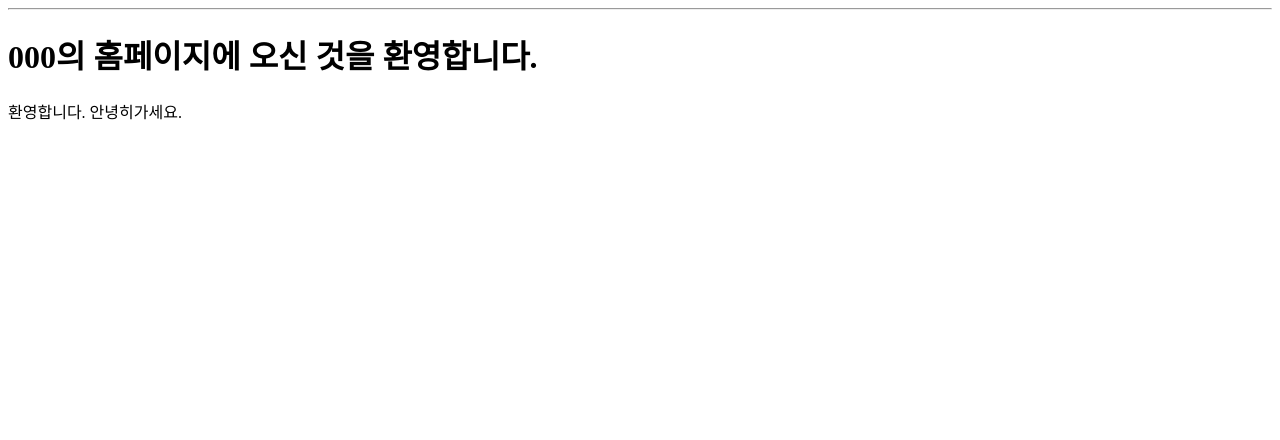
Repository: DuhanMo/servlet-jsp-practice
Page: http://localhost/jspProject/views/myHome.jsp
An editor plug-in stored every save of this project. The page is shown before and after the next save, followed by the edit.
The browser window is 1280 px wide. The pictures show the whole page.
The page is served by Tomcat 9. Other server files are loaded and not shown.

Above is the page before, as saved 2020-08-14 09:09:03.

### jspProject/WebContent/views/myHome.jsp
<%@ page language="java" contentType="text/html; charset=UTF-8"
	pageEncoding="UTF-8"%>
<!DOCTYPE html>
<html>
<head>
<meta charset="UTF-8">
<title>include 활용</title>

</head>
<body>
	<%@ include file="common/header.jsp"%>
	<hr>
	<h1>000의 홈페이지에 오신 것을 환영합니다.</h1>
	<p>환영합니다. 안녕히가세요.</p>


</body>
</html>

### jspProject/WebContent/views/common/header.jsp
<%@ page language="java" contentType="text/html; charset=UTF-8"
	pageEncoding="UTF-8"%>
<header style=""></header>

Loaded but not shown: jspProject/WebContent/views/common/footer.jsp (common file)

After the next save:
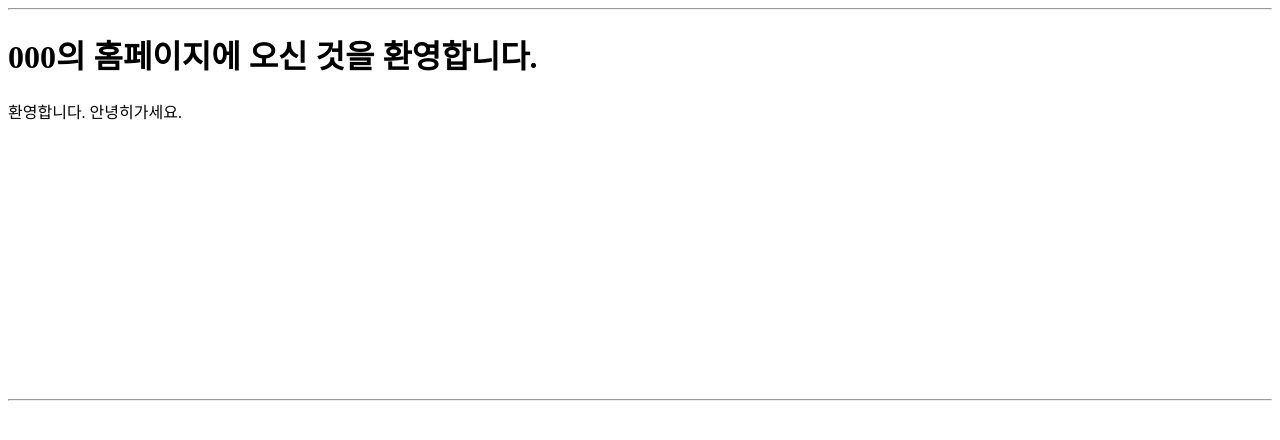
Saved 41 s later.
--- a/jspProject/WebContent/views/myHome.jsp
+++ b/jspProject/WebContent/views/myHome.jsp
@@ -12,7 +12,10 @@
 	<hr>
 	<h1>000의 홈페이지에 오신 것을 환영합니다.</h1>
 	<p>환영합니다. 안녕히가세요.</p>
-
+	<br><br><br><br><br><br><br>
+	<br><br><br><br><br><br><br>
+	<hr>
+	<%@ include file="common/footer.jsp" %>
 
 </body>
 </html>
